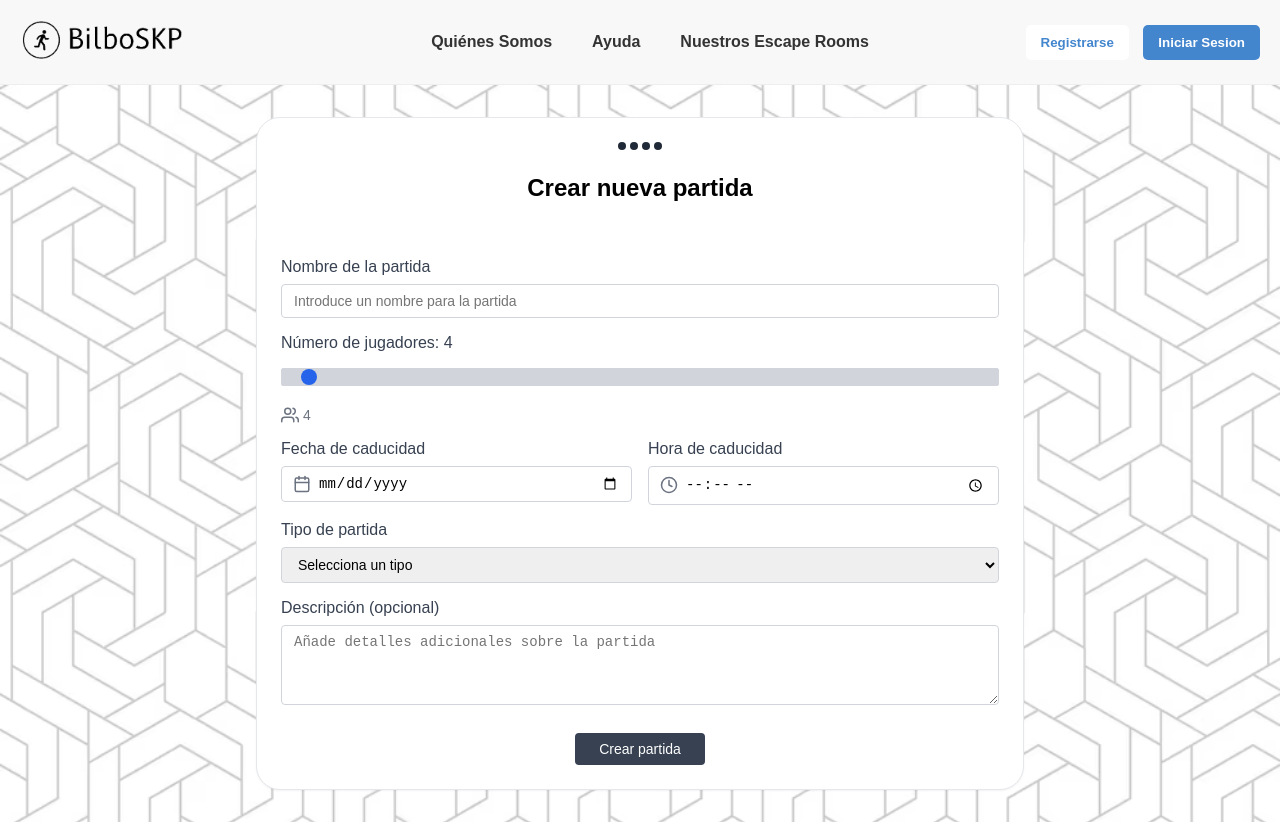
Repository: Andrew1447/Reto3-main
Page: http://localhost/bilboSKP/OrgPartida.jsp
These files come from the project's save history. The page is drawn as it stood at one moment and after the next save; the edit follows.
The browser window is 1280 px wide. The pictures show the whole page.
Backgrounds fixed to the window are drawn as part of the page. The page is served by Tomcat 9. Other server files are loaded and not shown.

Above is the page before, as saved 2025-04-25 09:56:03.

### bilboSKP/src/main/webapp/OrgPartida.jsp
<%@ page language="java" contentType="text/html; charset=UTF-8" pageEncoding="UTF-8"%>
<!DOCTYPE html>
<html lang="en">
<head>
    <meta charset="UTF-8">
    <meta name="viewport" content="width=device-width, initial-scale=1.0">
    <link rel="stylesheet" href="styles/style.css">
    <link rel="stylesheet" href="styles/OrgPartida.css">
    <title>Organizar partida</title>
</head>
<body>
<header>
        <a href="Index.jsp"><img src="img/bilboskp-high-resolution-logo-removebg-preview.png"></a>
    <nav>
        <a href="QuienesSomos.jsp">Quiénes Somos</a>
        <a href="Ayuda.jsp">Ayuda</a>
        <a href="EscapeRooms.jsp">Nuestros Escape Rooms</a>
    </nav>

<div class="botones">
    <button class= "registrarse"onclick="window.location.href='Registrar.jsp'">Registrarse</button>
    <button onclick="window.location.href='login.jsp'">Iniciar Sesion</button>

</div>
    </header>
    <main>
    <div class="card">
      <div class="card-header">
        <div class="dots">
          <span class="dot"></span>
          <span class="dot"></span>
          <span class="dot"></span>
          <span class="dot"></span>
        </div>

        <h1 class="card-title">Crear nueva partida</h1>
      </div>

      <div class="form-container">
        <form id="crear-partida-form">
          <div class="form-group">
            <label for="nombre">Nombre de la partida</label>
            <input type="text" id="nombre" placeholder="Introduce un nombre para la partida">
          </div>

          <div class="form-group">
            <label for="numJugadores">Número de jugadores: <span id="jugadores-valor">4</span></label>
            <div class="slider-container">
              <input type="range" id="numJugadores" class="slider" min="2" max="200" value="4">
            </div>
            <div class="slider-value">
              <svg class="icon" viewBox="0 0 24 24">
                <path d="M17 21v-2a4 4 0 0 0-4-4H5a4 4 0 0 0-4 4v2"></path>
                <circle cx="9" cy="7" r="4"></circle>
                <path d="M23 21v-2a4 4 0 0 0-3-3.87"></path>
                <path d="M16 3.13a4 4 0 0 1 0 7.75"></path>
              </svg>
              <span id="jugadores-valor-icon">4</span>
            </div>
          </div>

          <div class="grid-2">
            <div class="form-group">
              <label for="fecha">Fecha de caducidad</label>
              <div class="input-with-icon">
                <svg class="icon input-icon" viewBox="0 0 24 24">
                  <rect x="3" y="4" width="18" height="18" rx="2" ry="2"></rect>
                  <line x1="16" y1="2" x2="16" y2="6"></line>
                  <line x1="8" y1="2" x2="8" y2="6"></line>
                  <line x1="3" y1="10" x2="21" y2="10"></line>
                </svg>
                <input type="date" id="fecha">
              </div>
            </div>

            <div class="form-group">
              <label for="hora">Hora de caducidad</label>
              <div class="input-with-icon">
                <svg class="icon input-icon" viewBox="0 0 24 24">
                  <circle cx="12" cy="12" r="10"></circle>
                  <polyline points="12 6 12 12 16 14"></polyline>
                </svg>
                <input type="time" id="hora">
              </div>
            </div>
          </div>

          <div class="form-group">
            <label for="tipo">Tipo de partida</label>
            <select id="tipo">
              <option value="" disabled selected>Selecciona un tipo</option>
              <option value="casual">Casual</option>
              <option value="competitiva">Competitiva</option>
              <option value="amistosa">Amistosa</option>
              <option value="torneo">Torneo</option>
            </select>
          </div>

          <div class="form-group">
            <label for="descripcion">Descripción (opcional)</label>
            <textarea id="descripcion" placeholder="Añade detalles adicionales sobre la partida"></textarea>
          </div>

          <div class="submit-container">
            <button type="submit" class="submit-button">Crear partida</button>
          </div>
        </form>
      </div>

    </div>
  </main>

    <script>
    // Script para actualizar el valor del slider
    const sliderElement = document.getElementById('numJugadores');
    const jugadoresValor = document.getElementById('jugadores-valor');
    const jugadoresValorIcon = document.getElementById('jugadores-valor-icon');

    sliderElement.addEventListener('input', function() {
      const value = this.value;
      jugadoresValor.textContent = value;
      jugadoresValorIcon.textContent = value;
    });

    // Prevenir envío del formulario (para demostración)
    document.getElementById('crear-partida-form').addEventListener('submit', function(e) {
      e.preventDefault();
      alert('Formulario enviado (demostración)');
    });
  </script>

</body>
</html>

### bilboSKP/src/main/webapp/styles/style.css
body {
    font-family: "Ubuntu", sans-serif;
    font-weight: 500;
    font-style: normal;
    background-color: #f4f7fa;
    margin: 0;
    padding: 0;
    background-image: url('../img/fondod.png');
    background-repeat: no-repeat;
    background-size: cover;
    background-position: center;
    background-attachment: fixed; /* Esto asegura que el fondo permanezca fijo */
}

header {
    display: grid;
    grid-template-columns: 1fr auto 1fr;
    align-items: center;
    padding: 15px 20px;
    background-color: #f8f8f8;
    border-bottom: 1px solid #eee;
}

header > a:first-child {
    justify-self: start;
}

header a img {
    max-height: 50px;
}

header nav {
    grid-column: 2;
    display: flex;
    justify-content: center;
    gap: 20px; /* Equal spacing between links */
}

header nav a {
    text-decoration: none;
    color: #333;
    margin-left: 20px;
    font-weight: bold;
}

header nav a:hover {
    color: #4386ce;
}

header button {
    background-color: #4386ce;
    color: white;
    border: none;
    padding: 10px 15px;
    border-radius: 5px;
    cursor: pointer;
    margin-left: 10px;
    font-weight: bold;
}

header button:hover {
    background-color: #437cb8;
}


body{
  font-family: "Ubuntu", sans-serif;
  font-weight: 500;
  font-style: normal;
  background-repeat: no-repeat;
  background-size: cover;
  background-attachment: fixed;
}

.botones {
    grid-column: 3;
    justify-self: end;
}

.registrarse{
    background-color: #ffff;
    color: #4386ce;
    font-weight: bold;
}
.registrarse:hover{
    background-color: #cfcfcf;
    color: #4386ce;
    font-weight: bold;
}


.container {
            max-width: 1200px;
            margin: 0 auto;
            padding: 0 20px;
            width: 100%;
        }

        section {
            padding: 60px 0;
        }

        .section-title {
            text-align: center;
            margin-bottom: 40px;
            font-size: 32px;
            color: #333;
        }

        .section-subtitle {
            text-align: center;
            margin-bottom: 30px;
            font-size: 18px;
            color: #666;
            max-width: 800px;
            margin-left: auto;
            margin-right: auto;
        }



.carousel-container {
            position: relative;
            max-width: 100%;
            margin: 0 auto;
            overflow: hidden;
            border-radius: 8px;
            height: 500px;
        }

        .carousel {
            display: flex;
            width: 300%;
            height: 100%;
            transition: transform 0.5s ease-in-out;
        }

        .carousel-item {
            width: 33.33%;
            height: 100%;
            position: relative;
        }

        .carousel-img {
            width: 100%;
            height: 100%;
            object-fit: cover;
        }

        .carousel-caption {
            position: absolute;
            bottom: 0;
            left: 0;
            right: 0;
            background-color: rgba(0, 0, 0, 0.6);
            color: white;
            padding: 20px;
            text-align: center;
        }

        .carousel-caption h2 {
            font-size: 24px;
            margin-bottom: 10px;
        }

        .carousel-nav {
            position: absolute;
            bottom: 20px;
            left: 0;
            right: 0;
            display: flex;
            justify-content: center;
            gap: 10px;
        }

        .carousel-dot {
            width: 12px;
            height: 12px;
            border-radius: 50%;
            background-color: rgba(255, 255, 255, 0.5);
            cursor: pointer;
        }

        .carousel-dot.active {
            background-color: white;
        }

        .carousel-prev, .carousel-next {
            position: absolute;
            top: 50%;
            transform: translateY(-50%);
            background-color: rgba(255, 255, 255, 0.5);
            color: #333;
            border: none;
            width: 40px;
            height: 40px;
            border-radius: 50%;
            font-size: 18px;
            cursor: pointer;
            display: flex;
            align-items: center;
            justify-content: center;
        }

        .carousel-prev {
            left: 20px;
        }

        .carousel-next {
            right: 20px;
        }

        /* About section */
        .about-content {
            display: flex;
            gap: 40px;
            align-items: center;
            margin-bottom: 40px;
        }

        .about-text {
            flex: 1;
        }

        .about-image {
            flex: 1;
            border-radius: 8px;
            overflow: hidden;
        }

        .about-image img {
            width: 100%;
            height: auto;
            display: block;
        }

        /* Features section */
        .features {
            display: grid;
            grid-template-columns: repeat(3, 1fr);
            gap: 30px;
            margin-top: 40px;
        }

        .feature-card {
            text-align: center;
            padding: 30px;
            border-radius: 8px;
            box-shadow: 0 5px 15px rgba(0, 0, 0, 0.05);
            transition: transform 0.3s ease;
        }

        .feature-card:hover {
            transform: translateY(-10px);
        }

        .feature-icon {
            font-size: 40px;
            margin-bottom: 20px;
            color: #4285F4;
        }

        /* Footer */
        footer {
            background-color: #f9f9f9;
            padding: 40px 0;
            margin-top: 60px;
        }

        .footer-content {
            display: flex;
            justify-content: space-between;
            flex-wrap: wrap;
        }

        .footer-column {
            flex: 1;
            min-width: 200px;
            margin-bottom: 20px;
        }

        .footer-column h3 {
            margin-bottom: 20px;
            font-size: 18px;
        }

        .footer-column ul {
            list-style: none;
        }

        .footer-column ul li {
            margin-bottom: 10px;
        }

        .footer-column ul li a {
            text-decoration: none;
            color: #666;
        }

        .footer-bottom {
            text-align: center;
            margin-top: 40px;
            padding-top: 20px;
            border-top: 1px solid #eee;
            color: #666;
        }

        /* Responsive */
        @media (max-width: 768px) {
            header {
                flex-direction: column;
                gap: 15px;
            }

            nav ul {
                margin: 15px 0;
                flex-wrap: wrap;
                justify-content: center;
            }

            .about-content {
                flex-direction: column;
            }

            .features {
                grid-template-columns: 1fr;
            }

            .carousel-container {
                height: 300px;
            }
        }




.rooms-container {
    display: flex;
    flex-wrap: wrap;
    gap: 50px;
    justify-content: center;
    margin-top: 30px;
}

.room-card {
    width: 500px;
    text-align: center;
    border: outset;

}

.room-image {
    width: 100%;
    height: 200px;
    background-color: #e0e0e0;
    margin-bottom: 15px;
    display: flex;
    align-items: center;
    justify-content: center;
    color: white;
    font-weight: bold;
    position: relative;
    overflow: hidden;
}

.room-image::before {
    content: "";
    position: absolute;
    top: 0;
    left: 0;
    width: 100%;
    height: 100%;
    background: linear-gradient(45deg, rgba(0,0,0,0.1) 0%, rgba(0,0,0,0.3) 100%);
}

.room-title {
    font-size: 18px;
    margin-bottom: 10px;
}

.enlace-btn {
    background-color: #4386ce;
    color: white;
    border: none;
    padding: 10px 25px;
    border-radius: 15px;
    cursor: pointer;
    font-weight: bold;
    margin-top: 20px;
    display: inline-block;
    text-decoration: none;
    margin-bottom: 2rem;
}

.botones {
    grid-column: 3;
    justify-self: end;
}

### bilboSKP/src/main/webapp/styles/OrgPartida.css
@charset "ISO-8859-1";
* {
      margin: 0;
      padding: 0;
      box-sizing: border-box;
    }




    /* Contenido principal */
    main {
      padding: 32px 16px;
      display: flex;
      justify-content: center;
    }

    .card {
      width: 100%;
      max-width: 768px;
      background-color: white;
      border-radius: 24px;
      border: 1px solid #e5e7eb;
      box-shadow: 0 1px 2px rgba(0, 0, 0, 0.05);
      overflow: hidden;
    }

    .card-header {
      padding: 24px;
    }

    .dots {
      display: flex;
      justify-content: center;
      gap: 4px;
      margin-bottom: 24px;
    }

    .dot {
      width: 8px;
      height: 8px;
      border-radius: 50%;
      background-color: #1f2937;
    }

    .card-title {
      font-size: 24px;
      font-weight: bold;
      text-align: center;
      margin-bottom: 32px;
    }

    /* Formulario */
    .form-container {
      padding: 0 24px 24px;
    }

    .form-group {
      margin-bottom: 16px;
    }

    label {
      display: block;
      margin-bottom: 8px;
      font-weight: 500;
      color: #374151;
    }

    input, select, textarea {
      width: 100%;
      padding: 8px 12px;
      border: 1px solid #d1d5db;
      border-radius: 4px;
      font-size: 14px;
    }

    input:focus, select:focus, textarea:focus {
      outline: none;
      border-color: #2563eb;
      box-shadow: 0 0 0 2px rgba(37, 99, 235, 0.1);
    }

    .input-with-icon {
      position: relative;
    }

    .input-icon {
      position: absolute;
      left: 12px;
      top: 50%;
      transform: translateY(-50%);
      color: #6b7280;
    }

    .input-with-icon input {
      padding-left: 36px;
    }

    .slider-container {
      margin: 16px 0;
    }

    .slider {
      -webkit-appearance: none;
      width: 100%;
      height: 4px;
      border-radius: 2px;
      background: #d1d5db;
      outline: none;
    }

    .slider::-webkit-slider-thumb {
      -webkit-appearance: none;
      appearance: none;
      width: 16px;
      height: 16px;
      border-radius: 50%;
      background: #2563eb;
      cursor: pointer;
    }

    .slider::-moz-range-thumb {
      width: 16px;
      height: 16px;
      border-radius: 50%;
      background: #2563eb;
      cursor: pointer;
    }

    .slider-value {
      display: flex;
      align-items: center;
      gap: 4px;
      color: #6b7280;
      font-size: 14px;
    }

    .grid-2 {
      display: grid;
      grid-template-columns: 1fr;
      gap: 16px;
    }

    @media (min-width: 640px) {
      .grid-2 {
        grid-template-columns: 1fr 1fr;
      }
    }

    textarea {
      resize: vertical;
      min-height: 80px;
    }

    .submit-container {
      display: flex;
      justify-content: center;
      margin-top: 24px;
    }

    .submit-button {
      background-color: #374151;
      color: white;
      border: none;
      border-radius: 4px;
      padding: 8px 24px;
      font-size: 14px;
      cursor: pointer;
    }

    .submit-button:hover {
      background-color: #1f2937;
    }

    /* Lista de partidas */
    .card-footer {
      background-color: #f9fafb;
      padding: 24px;
      border-top: 1px solid #e5e7eb;
    }

    .footer-title {
      font-size: 18px;
      font-weight: 600;
      margin-bottom: 16px;
    }

    .game-list {
      display: flex;
      flex-direction: column;
      gap: 8px;
    }

    .game-item {
      background-color: #f3f4f6;
      padding: 12px;
      border-radius: 6px;
      display: flex;
      justify-content: space-between;
      align-items: center;
    }

    .edit-button {
      background: none;
      border: none;
      cursor: pointer;
      color: #6b7280;
    }

    .edit-button:hover {
      color: #1f2937;
    }

    /* Iconos */
    .icon {
      display: inline-block;
      width: 18px;
      height: 18px;
      stroke-width: 2;
      stroke: currentColor;
      fill: none;
      stroke-linecap: round;
      stroke-linejoin: round;
    }

After the next save:
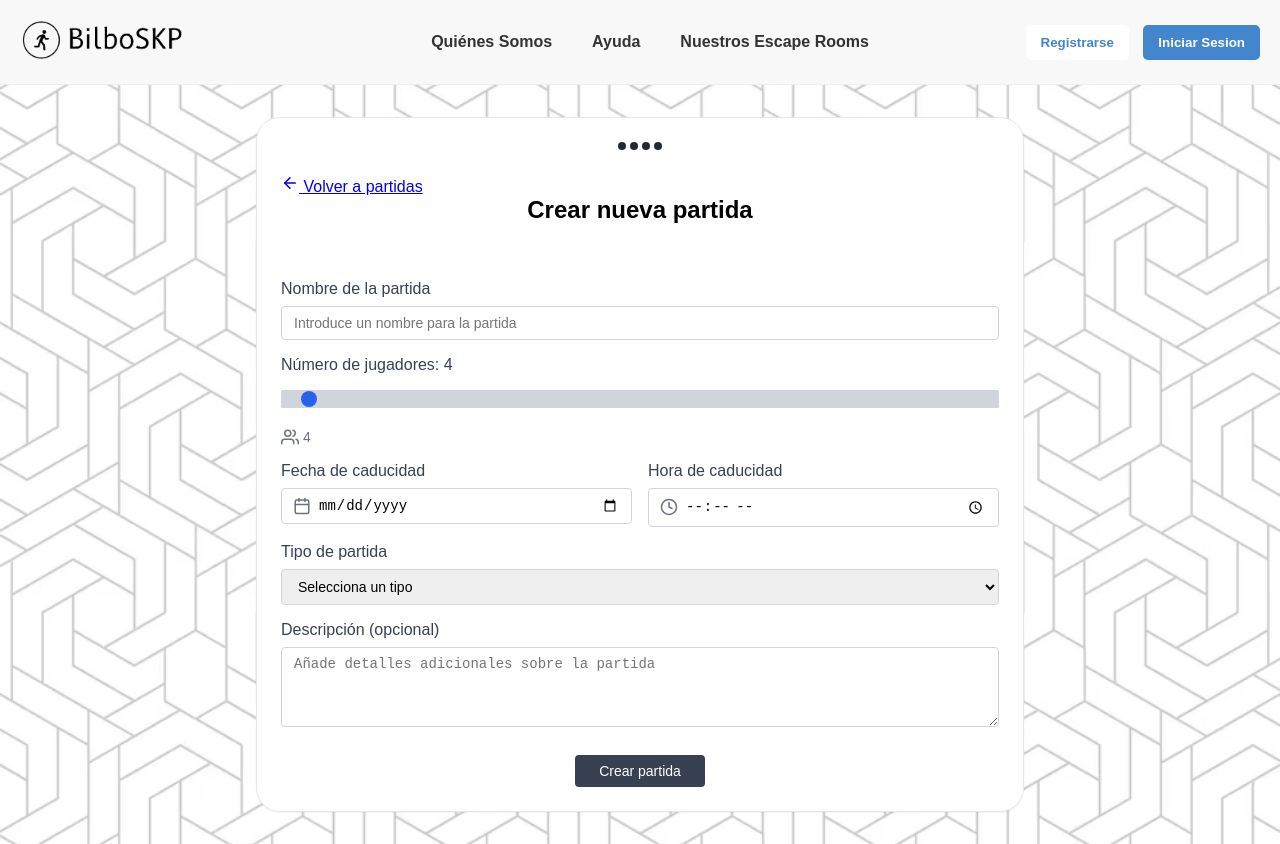
Saved 5 min 36 s later.
--- a/bilboSKP/src/main/webapp/OrgPartida.jsp
+++ b/bilboSKP/src/main/webapp/OrgPartida.jsp
@@ -32,6 +32,14 @@
           <span class="dot"></span>
           <span class="dot"></span>
         </div>
+
+        <a href="OrganizarPartida.jsp" class="back-link">
+          <svg class="icon" viewBox="0 0 24 24">
+            <line x1="19" y1="12" x2="5" y2="12"></line>
+            <polyline points="12 19 5 12 12 5"></polyline>
+          </svg>
+          Volver a partidas
+        </a>
 
         <h1 class="card-title">Crear nueva partida</h1>
       </div>
